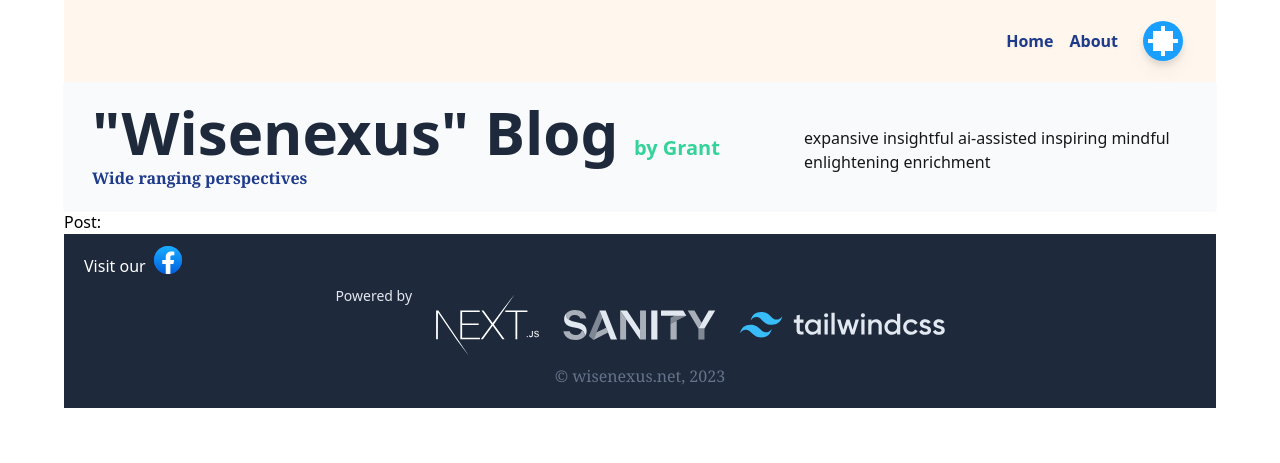
Repository: gpgundersen/sanity3-nextjs13-blog
Page: /post
These files come from the project's save history. The page is drawn as it stood at one moment and after the next save; the edit follows.
The browser window is 1280 px wide. The pictures show the whole page.
The project was rebuilt for these pictures with package versions that can differ from the ones it lists, and the page was loaded fresh each time. The framework's server and built-in components were replaced by stand-ins that run in the browser. Also part of the build but not shown: next.config.js.

Above is the page before, as saved 2023-02-05 17:03:44.

After the next save:
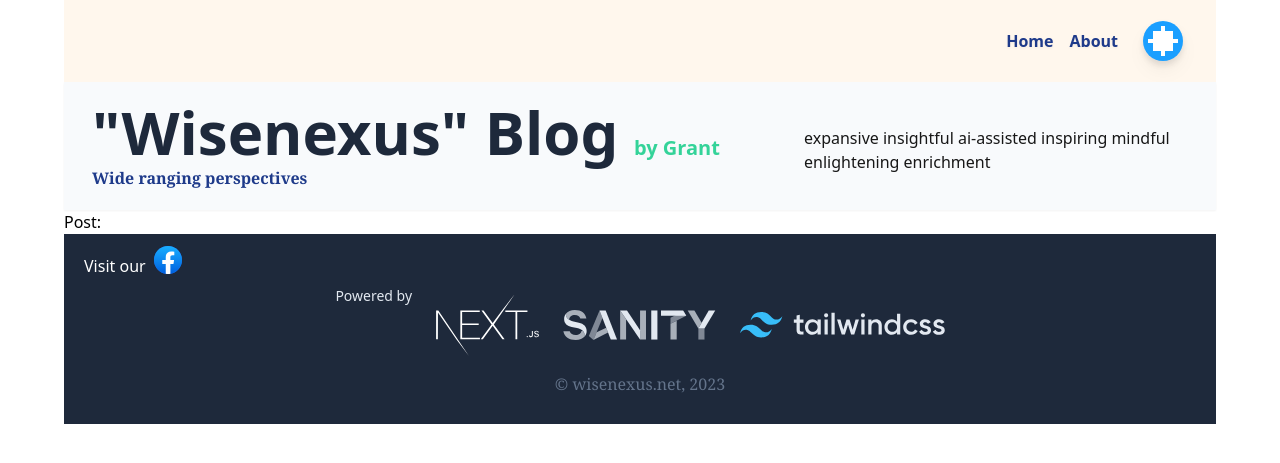
Saved 12 s later.
--- a/components/Footer.tsx
+++ b/components/Footer.tsx
@@ -11,7 +11,7 @@
         </div>
         <div className="flex flex-wrap justify-center space-x-6 space-y-2">
           <p className="text-sm">Powered by</p><NextJsIcon /><SanityIcon /><TailwindIcon /></div>
-       <h6 className="font-serif text-slate-500 text-center m-2">© wisenexus.net, 2023</h6>
+       <h6 className="font-serif text-slate-500 text-center m-4">© wisenexus.net, 2023</h6>
       </div>
     </div>
 }
